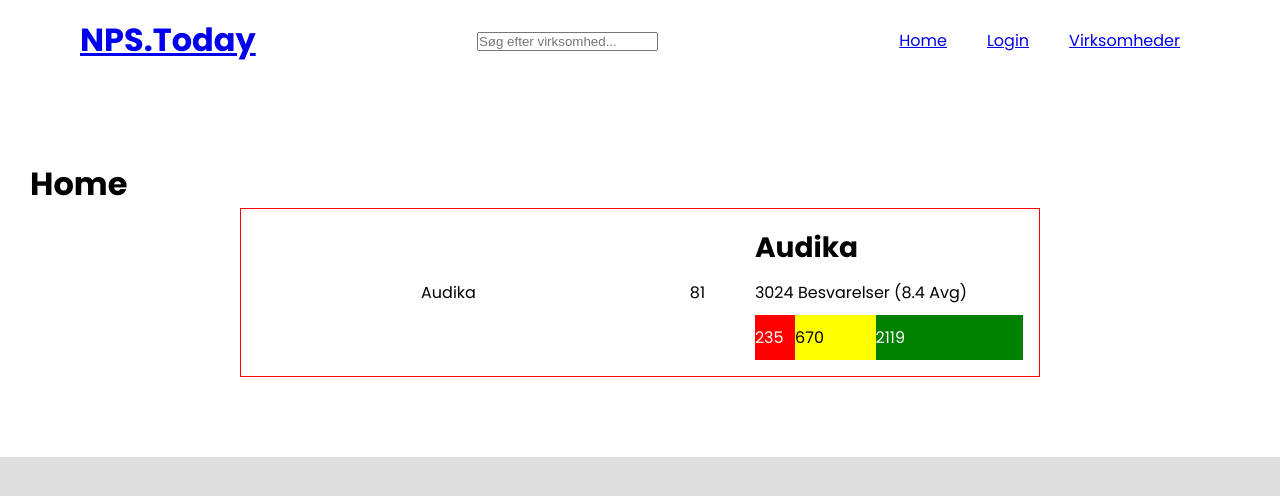
Repository: Shaydx/reviews
Page: /
These files come from the project's save history. The page is drawn as it stood at one moment and after the next save; the edit follows.
The browser window is 1280 px wide. The pictures show the whole page.
The project was rebuilt for these pictures with package versions that can differ from the ones it lists, and the page was loaded fresh each time.

Above is the page before, as saved 2020-10-13 16:38:37.

After the next save:
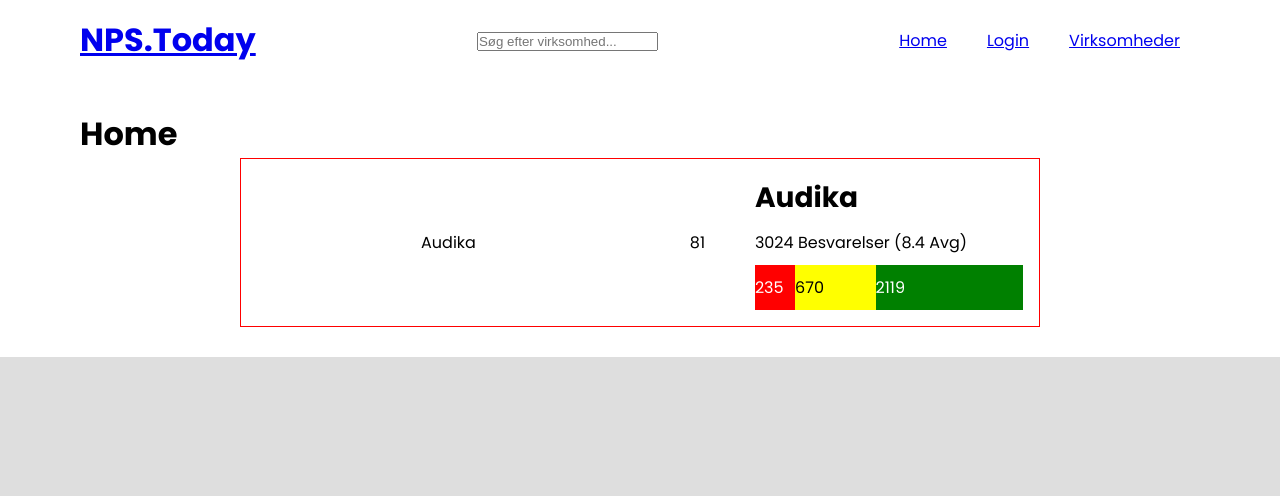
Saved 10 s later.
--- a/src/assets/abstracts/_variables.scss
+++ b/src/assets/abstracts/_variables.scss
@@ -8,4 +8,4 @@
 $primary: $red;
 $secondary: $green;
 
-$padding: 80px 30px;
+$padding: 30px 80px;
